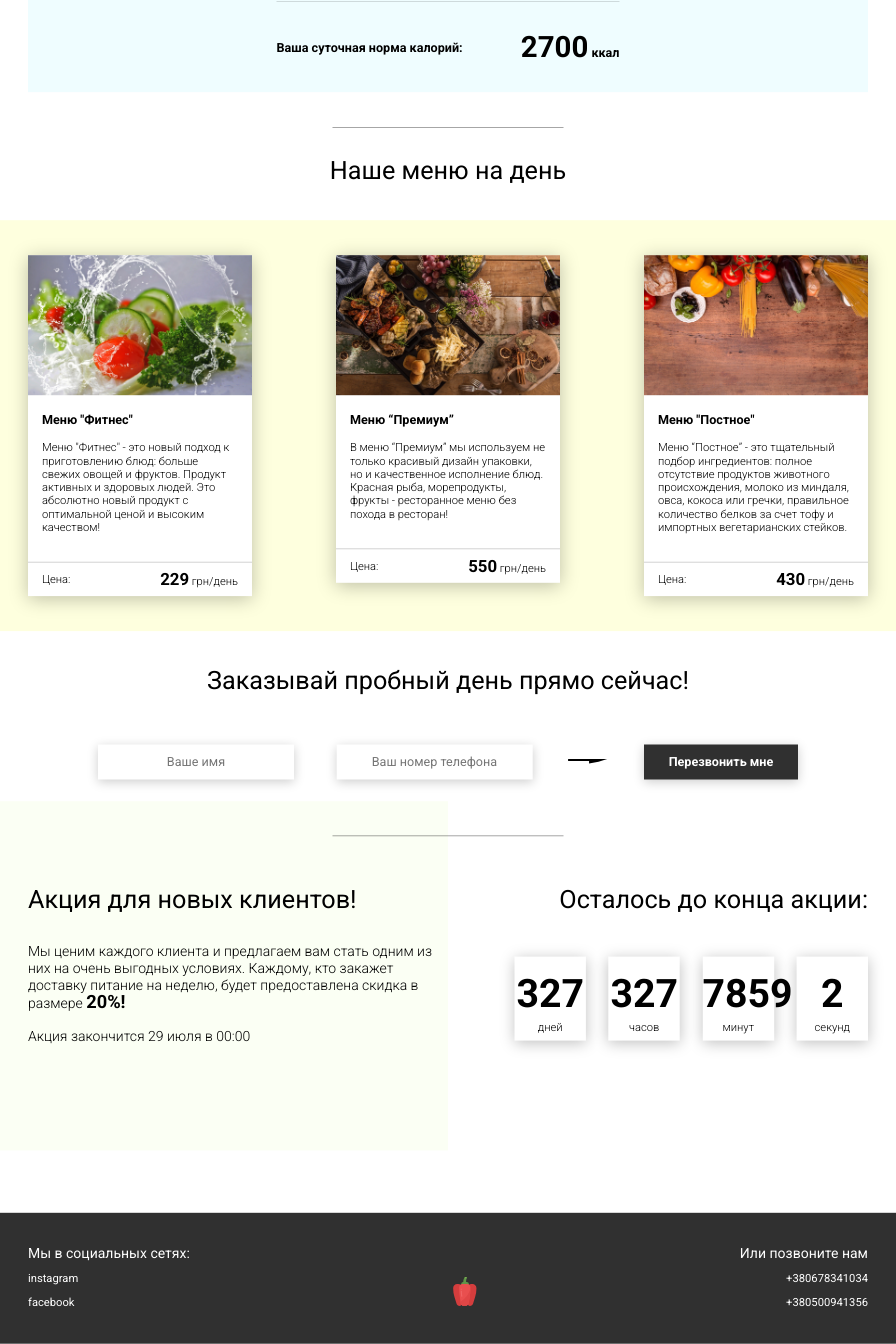
Repository: ne-comilfo/food
Page: index.html
These files come from the project's save history. The page is drawn as it stood at one moment and after the next save; the edit follows.
The browser window is 1280 px wide. The pictures show the part of the page from y = 2331 to 4251 px (the page is 4251 px tall), at 70% of full size.

Above is the page before, as saved 2025-07-23 13:01:15.

### index.html
<!DOCTYPE html>
<html lang="en">

<head>
    <meta charset="UTF-8">
    <meta name="viewport" content="width=device-width, initial-scale=1.0">
    <title>Food</title>
    <link rel="stylesheet" href="css/style.css">
</head>

<body>
    <header class="header">
        <div class="header__left-block">
            <div class="header__logo">
                <img src="icons/logo.svg" alt="Логотип">
            </div>
            <nav class="header__links">
                <a href="#" class="header__link">Доставка питания</a>
                <a href="#" class="header__link">Второй пункт</a>
            </nav>
        </div>
        <div class="header__right-block">
            <button class="btn btn_white">Связаться с нами</button>
        </div>
    </header>
    <div class="sidepanel">
        <div class="sidepanel__text"><span>Социальные сети</span></div>
        <div class="sidepanel__divider"></div>
        <a href="#" class="sidepanel__icon">
            <img src="icons/instagram.svg" alt="instagram">
        </a>
        <a href="#" class="sidepanel__icon">
            <img src="icons/facebook.svg" alt="facebook">
        </a>
    </div>

    <div class="preview">
        <div class="bgc_blue"></div>
        <div class="container">
            <div class="tabcontainer">
                <div class="tabcontent">
                    <img src="img/tabs/vegy.jpg" alt="vegy">
                    <div class="tabcontent__descr">
                        Меню "Фитнес" - это новый подход к приготовлению блюд: больше свежих овощей и фруктов. Для
                        людей, которые интересуются спортом; активных и здоровых. Это абсолютно новый продукт с
                        оптимальной ценой и высоким качеством!
                    </div>
                </div>
                <div class="tabcontent">
                    <img src="img/tabs/elite.jpg" alt="elite">
                    <div class="tabcontent__descr">
                        Меню “Премиум” - мы используем не только красивый дизайн упаковки, но и качественное исполнение
                        блюд. Красная рыба, морепродукты, фрукты - ресторанное меню без похода в ресторан!
                    </div>
                </div>
                <div class="tabcontent">
                    <img src="img/tabs/post.jpg" alt="post">
                    <div class="tabcontent__descr">
                        Наше специальное “Постное меню” - это тщательный подбор ингредиентов: полное отсутствие
                        продуктов животного происхождения. Полная гармония с собой и природой в каждом элементе! Все
                        будет Ом!
                    </div>
                </div>
                <div class="tabcontent">
                    <img src="img/tabs/vegy.jpg" alt="vegy">
                    <div class="tabcontent__descr">
                        Меню "Сбалансированное" - это соответствие вашего рациона всем научным рекомендациям. Мы
                        тщательно просчитываем вашу потребность в к/б/ж/у и создаем лучшие блюда для вас.
                    </div>
                </div>
                <div class="tabheader">
                    <h3>Выберите стиль питания</h3>
                    <div class="tabheader__items">
                        <div class="tabheader__item tabheader__item_active">Фитнес</div>
                        <div class="tabheader__item">Премиум</div>
                        <div class="tabheader__item">Постное</div>
                        <div class="tabheader__item">Сбалансированное</div>
                    </div>
                </div>
            </div>
            <div class="preview__life">Живи полной жизнью!</div>
        </div>
    </div>

    <div class="divider"></div>

    <div class="offer">
        <div class="bgc_y"></div>
        <div class="container">
            <div class="offer__text">
                <h2 class="title">Что мы можем вам предложить?</h2>
                <div class="offer__descr">
                    Наша основная идея - это правильное питание. Оно может быть простым и вкусным. Мы не просто
                    доставка, мы сервис! Мы взяли на себя все расчеты БЖУ, калорийности, объемов порций и прочие важные,
                    но скучные аспекты. Вам остается только полезная, сытная и правильная еда, которую мы привозим прямо
                    под дверь.
                </div>
            </div>
            <div class="offer__action">
                <button class="btn btn_dark">Связаться с нами</button>
            </div>
        </div>
        <div class="container">
            <div class="offer__advantages">
                <h2>Быстро и полезно</h2>
                <div class="offer__advantages-text">
                    Готовка дома занимает много сил, времени и нервов. Мы привозим еду сразу на целый день, и ты можешь
                    действовать так, как тебе удобно, не подстраиваясь ни под кого и будучи уверенным в качестве
                    продукта!
                </div>
                <h2>Правильный рацион</h2>
                <div class="offer__advantages-text">
                    Мы разработали специальное меню, где учтены все нюансы правильного питания, от баланса БЖУ до их
                    приготовления и дробления рациона.
                </div>
            </div>
            <div class="offer__slider">
                <div class="offer__slider-counter">
                    <div class="offer__slider-prev">
                        <img src="icons/left.svg" alt="prev">
                    </div>
                    <span id="current">03</span>
                    /
                    <span id="total">04</span>
                    <div class="offer__slider-next">
                        <img src="icons/right.svg" alt="next">
                    </div>
                </div>
                <div class="offer__slider-wrapper">
                    <div class="offer__slide">
                        <img src="img/slider/pepper.jpg" alt="pepper">
                    </div>
                    <!-- <div class="offer__slide">
                        <img src="img/slider/food-12.jpg" alt="food">
                    </div>
                    <div class="offer__slide">
                        <img src="img/slider/olive-oil.jpg" alt="oil">
                    </div>
                    <div class="offer__slide">
                        <img src="img/slider/paprika.jpg" alt="paprika">
                    </div> -->
                </div>
            </div>
        </div>
    </div>

    <div class="divider"></div>

    <div class="calculating">
        <div class="container">
            <h2 class="title">Рассчитаем вашу потребность в калориях?
            </h2>
            <div class="calculating__field">
                <div class="calculating__subtitle">
                    Ваш пол
                </div>
                <div class="calculating__choose" id="gender">
                    <div class="calculating__choose-item calculating__choose-item_active">Женщина</div>
                    <div class="calculating__choose-item">Мужчина</div>
                </div>

                <div class="calculating__subtitle">
                    Ваша конституция
                </div>
                <div class="calculating__choose calculating__choose_medium">
                    <input type="text" id="height" placeholder="Введите рост" class="calculating__choose-item">
                    <input type="text" id="weight" placeholder="Введите вес" class="calculating__choose-item">
                    <input type="text" id="age" placeholder="Введите возраст" class="calculating__choose-item">
                </div>

                <div class="calculating__subtitle">
                    Выберите вашу физическая активность
                </div>
                <div class="calculating__choose calculating__choose_big">
                    <div id="low" class="calculating__choose-item">Низкая активность </div>
                    <div id="small" class="calculating__choose-item calculating__choose-item_active">Невысокая
                        активность</div>
                    <div id="medium" class="calculating__choose-item">Умеренная активность</div>
                    <div id="high" class="calculating__choose-item">Высокая активность</div>
                </div>

                <div class="calculating__divider"></div>

                <div class="calculating__total">
                    <div class="calculating__subtitle">
                        Ваша суточная норма калорий:
                    </div>
                    <div class="calculating__result">
                        <span>2700</span> ккал
                    </div>
                </div>
            </div>
        </div>
    </div>

    <div class="divider"></div>

    <div class="menu">
        <h2 class="title">Наше меню на день</h2>

        <div class="menu__field">
            <div class="container">
                <div class="menu__item">
                    <img src="img/tabs/vegy.jpg" alt="vegy">
                    <h3 class="menu__item-subtitle">Меню "Фитнес"</h3>
                    <div class="menu__item-descr">Меню "Фитнес" - это новый подход к приготовлению блюд: больше свежих
                        овощей и фруктов. Продукт активных и здоровых людей. Это абсолютно новый продукт с оптимальной
                        ценой и высоким качеством!</div>
                    <div class="menu__item-divider"></div>
                    <div class="menu__item-price">
                        <div class="menu__item-cost">Цена:</div>
                        <div class="menu__item-total"><span>229</span> грн/день</div>
                    </div>
                </div>
                <div class="menu__item">
                    <img src="img/tabs/elite.jpg" alt="elite">
                    <h3 class="menu__item-subtitle">Меню “Премиум”</h3>
                    <div class="menu__item-descr">В меню “Премиум” мы используем не только красивый дизайн упаковки, но
                        и качественное исполнение блюд. Красная рыба, морепродукты, фрукты - ресторанное меню без похода
                        в ресторан!</div>
                    <div class="menu__item-divider"></div>
                    <div class="menu__item-price">
                        <div class="menu__item-cost">Цена:</div>
                        <div class="menu__item-total"><span>550</span> грн/день</div>
                    </div>
                </div>
                <div class="menu__item">
                    <img src="img/tabs/post.jpg" alt="post">
                    <h3 class="menu__item-subtitle">Меню "Постное"</h3>
                    <div class="menu__item-descr">Меню “Постное” - это тщательный подбор ингредиентов: полное отсутствие
                        продуктов животного происхождения, молоко из миндаля, овса, кокоса или гречки, правильное
                        количество белков за счет тофу и импортных вегетарианских стейков. </div>
                    <div class="menu__item-divider"></div>
                    <div class="menu__item-price">
                        <div class="menu__item-cost">Цена:</div>
                        <div class="menu__item-total"><span>430</span> грн/день</div>
                    </div>
                </div>
            </div>
        </div>
    </div>

    <div class="order">
        <div class="container">
            <div class="title">Заказывай пробный день прямо сейчас!</div>
            <form action="#" class="order__form">
                <input required placeholder="Ваше имя" name="name" type="text" class="order__input">
                <input required placeholder="Ваш номер телефона" name="phone" type="phone" class="order__input">
                <img src="icons/right.svg" alt="right">
                <button class="btn btn_dark btn_min">Перезвонить мне</button>
            </form>
        </div>
    </div>

    <div class="divider"></div>

    <div class="promotion">
        <div class="bgc_y"></div>
        <div class="container">
            <div class="promotion__text">
                <div class="title">Акция для новых клиентов!</div>
                <div class="promotion__descr">
                    Мы ценим каждого клиента и предлагаем вам стать одним из них на очень выгодных условиях.
                    Каждому, кто закажет доставку питание на неделю, будет предоставлена скидка в размере
                    <span>20%!</span>
                    <br><br>
                    Акция закончится 29 июля в 00:00
                </div>
            </div>
            <div class="promotion__timer">
                <div class="title">Осталось до конца акции:</div>
                <div class="timer">
                    <div class="timer__block">
                        <span id="days">12</span>
                        дней
                    </div>
                    <div class="timer__block">
                        <span id="hours">20</span>
                        часов
                    </div>
                    <div class="timer__block">
                        <span id="minutes">56</span>
                        минут
                    </div>
                    <div class="timer__block">
                        <span id="seconds">20</span>
                        секунд
                    </div>
                </div>
            </div>
        </div>
    </div>

    <footer class="footer">
        <div class="container">
            <div class="social">
                <div class="subtitle">Мы в социальных сетях:</div>
                <a href="#" class="link">instagram</a>
                <a href="#" class="link">facebook</a>
            </div>
            <div class="pepper">
                <img src="icons/veg.svg" alt="pepper">
            </div>
            <div class="call">
                <div class="subtitle">Или позвоните нам</div>
                <a href="#" class="link">+380678341034</a>
                <a href="#" class="link">+380500941356</a>
            </div>
        </div>
    </footer>

    <div class="modal">
        <div class="modal__dialog">
            <div class="modal__content">
                <form action="#">
                    <div class="modal__close">&times;</div>
                    <div class="modal__title">Мы свяжемся с вами как можно быстрее!</div>
                    <input required placeholder="Ваше имя" name="name" type="text" class="modal__input">
                    <input required placeholder="Ваш номер телефона" name="phone" type="phone" class="modal__input">
                    <button class="btn btn_dark btn_min">Перезвонить мне</button>
                </form>
            </div>
        </div>
    </div>
    <script src='js/script.js'></script>
</body>

</html>

### js/script.js
document.addEventListener('DOMContentLoaded', () => {

    const tabs = document.querySelectorAll('.tabheader__item'),
        tabContent = document.querySelectorAll('.tabcontent'),
        tabParent = document.querySelector('.tabheader__items');

    function hiddenTabContent() {
        tabContent.forEach(item => {
            item.classList.add('hide');
            item.classList.remove('show', 'fade');
        })
        tabs.forEach(item => {
            item.classList.remove('tabheader__item_active');
        })
    }

    function showTabContent(i = 0) {
        tabContent[i].classList.remove('hide');
        tabContent[i].classList.add('show', 'fade');
        tabs[i].classList.add('tabheader__item_active');
    }

    hiddenTabContent();
    showTabContent();

    tabParent.addEventListener('click', (e) => {
        const target = e.target;
        if (target && target.classList.contains('tabheader__item')) {
            tabs.forEach((item, i) => {
                if (target == item) {
                    hiddenTabContent();
                    showTabContent(i);
                }
            })
        }
    })

    const endData = new Date('2025-07-29'),
        hours = document.querySelector('#hours'),
        days = document.querySelector('#days'),
        minutes = document.querySelector('#minutes'),
        seconds = document.querySelector('#seconds');

    function updateData() {
        const startData = new Date();
        let diffData = endData - startData;
        if (diffData <= 0) {
            days.textContent = '0';
            hours.textContent = '0';
            minutes.textContent = '0';
            seconds.textContent = '0';
            clearInterval(id);
            return;
        }
        const totalSeconds = Math.floor(diffData / 1000);
        days.textContent =
        hours.textContent = Math.floor(totalSeconds / (60 * 24));
        minutes.textContent = Math.floor(totalSeconds / 60);
        seconds.textContent = totalSeconds % 60;
    }
    const timerId = setInterval(updateData, 1000);
    updateData();
})

Loaded but not shown: css/style.css (library)

After the next save:
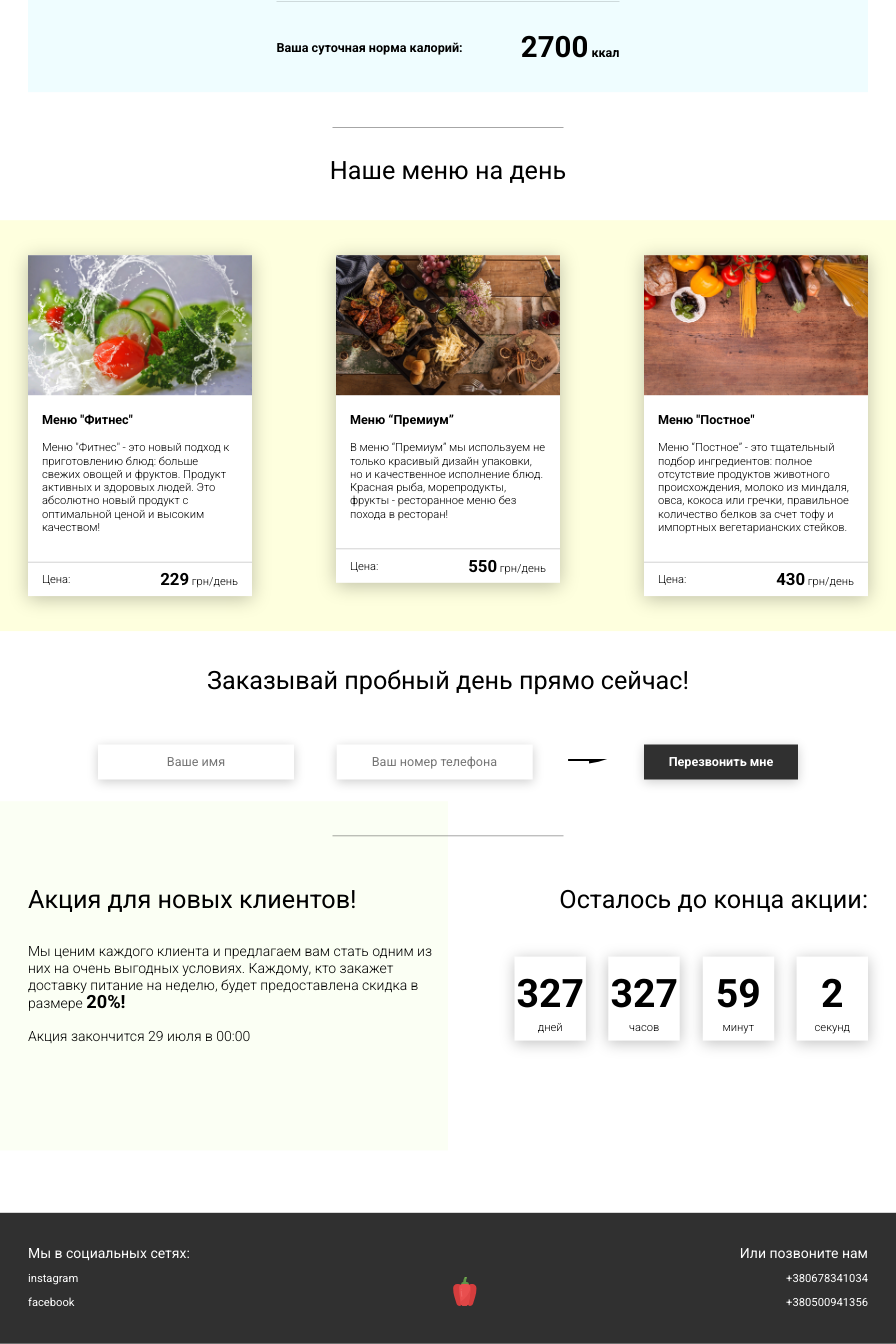
Saved 6 s later.
--- a/js/script.js
+++ b/js/script.js
@@ -55,7 +55,7 @@ document.addEventListener('DOMContentLoaded', () => {
         const totalSeconds = Math.floor(diffData / 1000);
         days.textContent =
         hours.textContent = Math.floor(totalSeconds / (60 * 24));
-        minutes.textContent = Math.floor(totalSeconds / 60);
+        minutes.textContent = Math.floor(totalSeconds / 60) % 60;
         seconds.textContent = totalSeconds % 60;
     }
     const timerId = setInterval(updateData, 1000);
